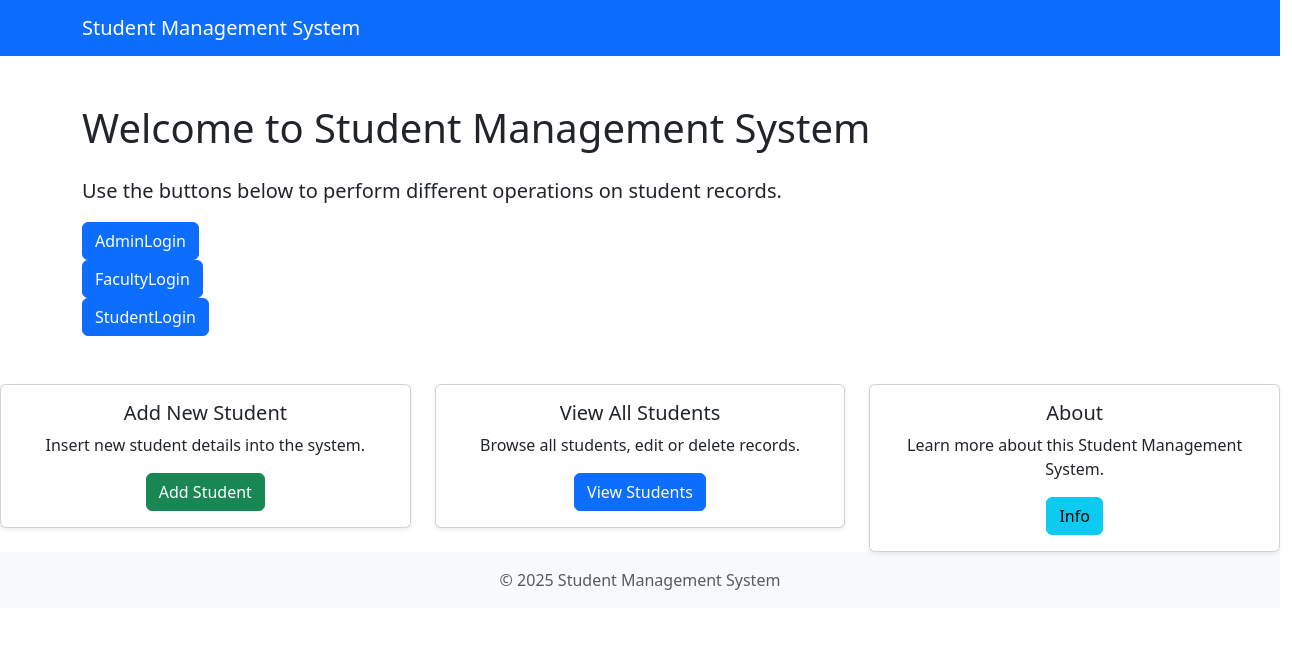
Repository: BorudePiyush/StudentMANAGEMENTSystem-using-java
Page: http://localhost/Student_management_systems/
The author's editor kept a copy of each file at every save. The page is drawn from the files as they stood at one save, then again after the next save.
The browser window is 1280 px wide. The page is 1292 px wide, so the pictures cover 1292 px, including what lies to the right of the window. The pictures show the whole page.
The page is served by Tomcat 10. Other server files are loaded and not shown.

Above is the page before, as saved 2025-06-07 11:01:49.

### Student management systems/src/main/webapp/index.html
<!DOCTYPE html>
<html lang="en">
<head>
<meta charset="ISO-8859-1">
 <meta charset="UTF-8" />
  <meta name="viewport" content="width=device-width, initial-scale=1" />
  <title>Student Management System - Dashboard</title>
  <link
    href="https://cdn.jsdelivr.net/npm/bootstrap@5.3.2/dist/css/bootstrap.min.css"
    rel="stylesheet"
  />
</head>
<body>
  <nav class="navbar navbar-expand-lg navbar-dark bg-primary">
    <div class="container">
      <a class="navbar-brand" href="#">Student Management System</a>
    </div>
  </nav>

  <div class="container mt-5">
    <h1 class="mb-4">Welcome to Student Management System</h1>
    <p class="lead">
      Use the buttons below to perform different operations on student records.
    </p>
    </div>


<div class="container">
    <a href="AdminLogin" class="btn btn-primary">AdminLogin</a>
    </div>
    <div class="container">
    <a href="FacultyLogin" class="btn btn-primary">FacultyLogin</a>
    </div>
    <div class="container">
    <a href="StudentLogin" class="btn btn-primary">StudentLogin</a>
    </div>


    <div class="row g-4 mt-4">
      <div class="col-md-4">
        <div class="card shadow-sm">
          <div class="card-body text-center">
            <h5 class="card-title">Add New Student</h5>
            <p class="card-text">Insert new student details into the system.</p>
            <a href="AddStudent.jsp" class="btn btn-success">Add Student</a>
          </div>
        </div>
      </div>

      <div class="col-md-4">
        <div class="card shadow-sm">
          <div class="card-body text-center">
            <h5 class="card-title">View All Students</h5>
            <p class="card-text">Browse all students, edit or delete records.</p>
            <a href="ViewStudentsServlet" class="btn btn-primary">View Students</a>
          </div>
        </div>
      </div>

      <div class="col-md-4">
        <div class="card shadow-sm">
          <div class="card-body text-center">
            <h5 class="card-title">About</h5>
            <p class="card-text">Learn more about this Student Management System.</p>
            <a href="#" class="btn btn-info" onclick="alert('This is a simple Java Servlet + JSP Student Management System project.')">Info</a>
          </div>
        </div>
      </div>
    </div>
  </div>

  <footer class="footer mt-auto py-3 bg-light text-center">
    <div class="container">
      <span class="text-muted">&copy; 2025 Student Management System</span>
    </div>
  </footer>

</body>
</html>

After the next save:
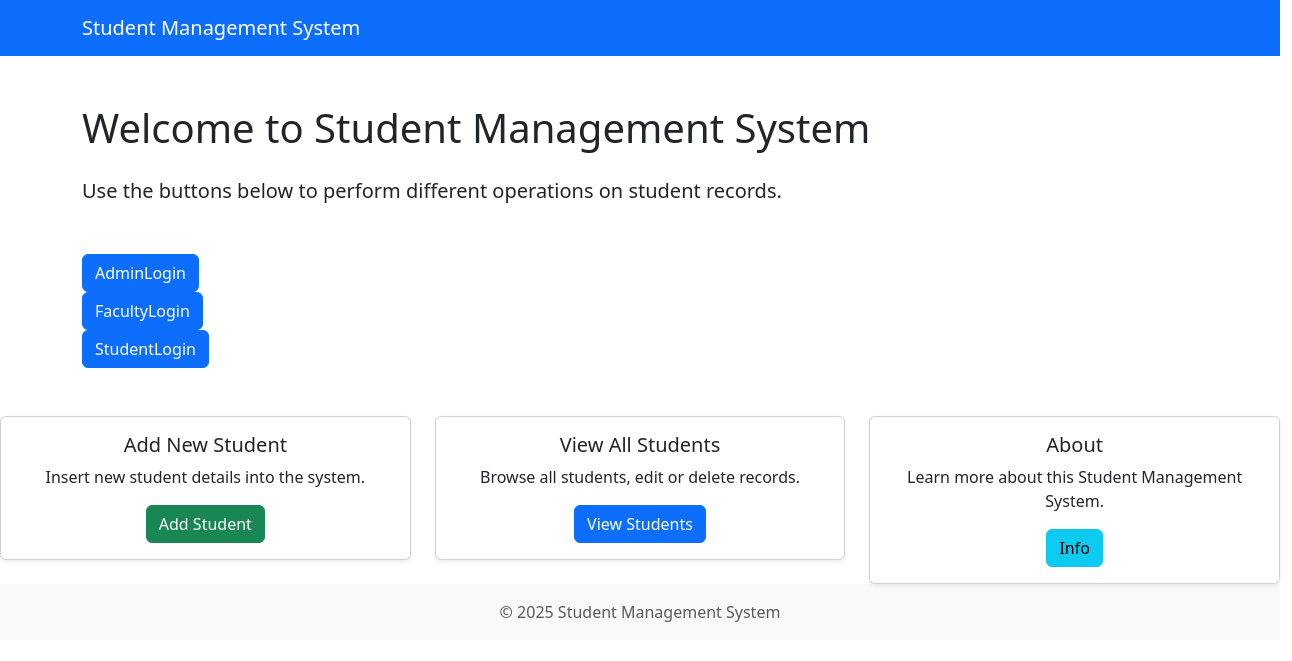
Saved 8 min 52 s later.
--- a/Student management systems/src/main/webapp/index.html
+++ b/Student management systems/src/main/webapp/index.html
@@ -25,7 +25,7 @@
     </div>
 
 
-<div class="container">
+<div class="container mt-5">
     <a href="AdminLogin" class="btn btn-primary">AdminLogin</a>
     </div>
     <div class="container">

After the save that followed:
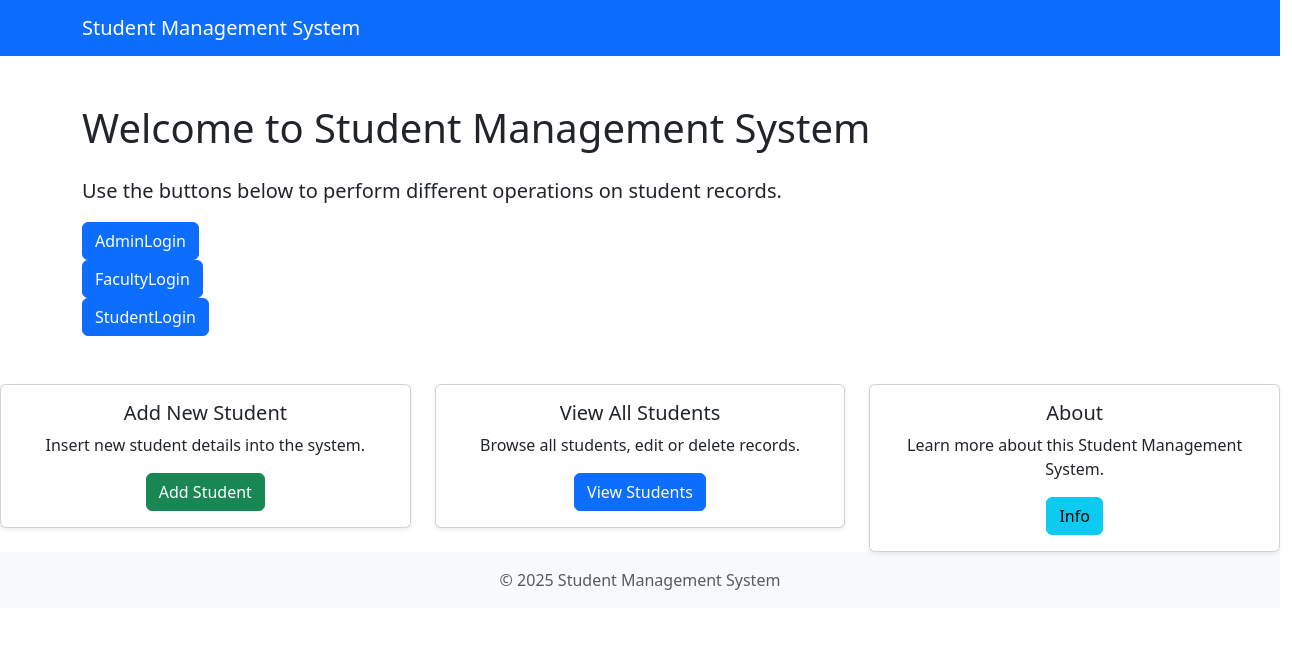
Saved 16 s later.
--- a/Student management systems/src/main/webapp/index.html
+++ b/Student management systems/src/main/webapp/index.html
@@ -25,7 +25,7 @@
     </div>
 
 
-<div class="container mt-5">
+<div class="container pd-5">
     <a href="AdminLogin" class="btn btn-primary">AdminLogin</a>
     </div>
     <div class="container">
